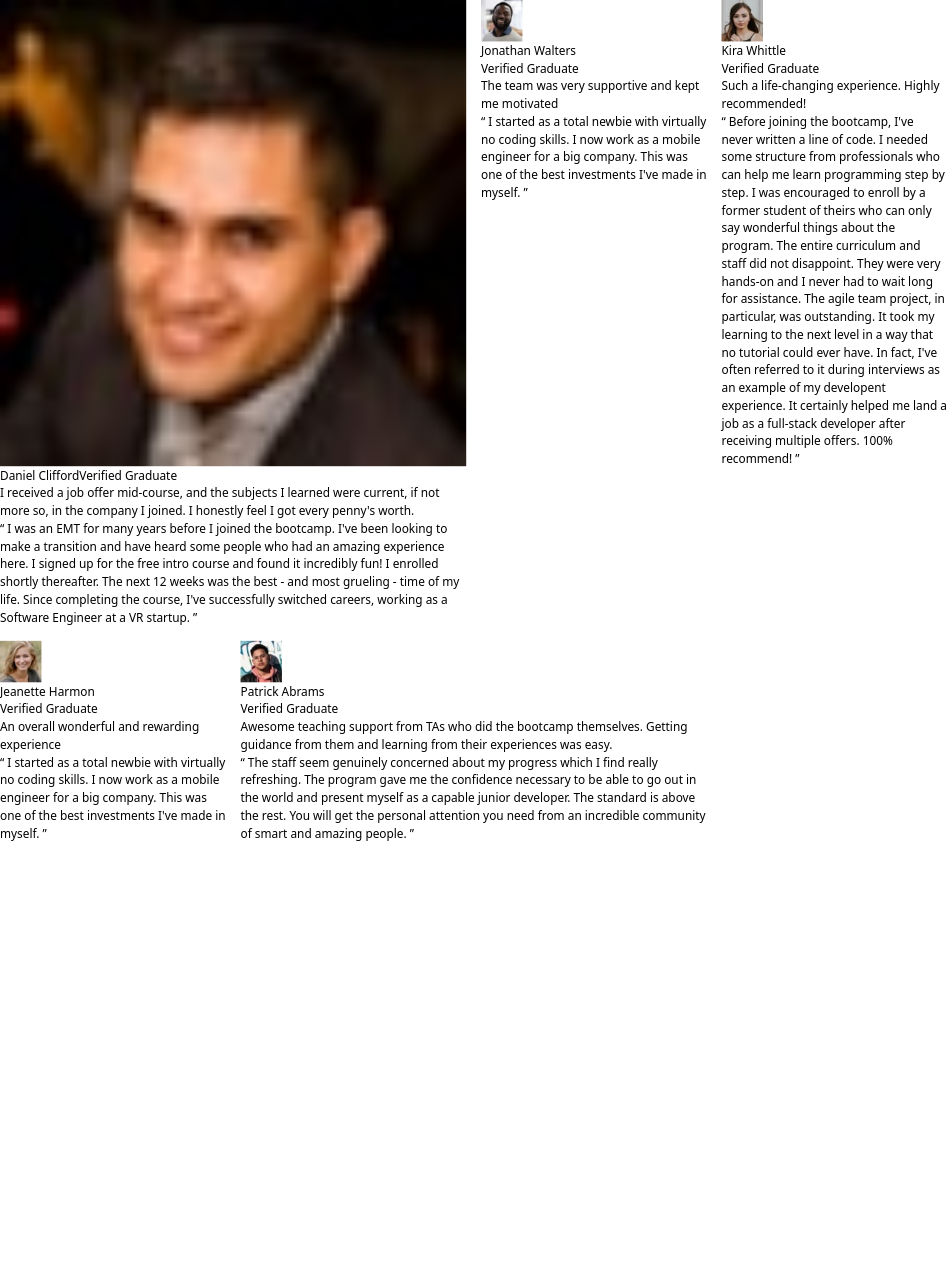
Repository: DiyBookOfLife/ps-FrontendMentor
Page: index.html
An editor plug-in stored every save of this project. The page is shown before and after the next save, followed by the edit.
The browser window is 1280 px wide. The pictures show the whole page, at 74% of full size.
Some web libraries are served in a nearby version.

Above is the page before, as saved 2026-01-02 13:22:37.

### index.html
<!DOCTYPE html>
<html lang="en">

<head>
  <meta charset="UTF-8">
  <meta name="viewport" content="width=device-width, initial-scale=1.0">
  <!-- displays site properly based on user's device -->

  <link rel="icon" type="image/png" sizes="32x32" href="./images/favicon-32x32.png">

  <title>Frontend Mentor | [Challenge Name Here]</title>

  <link rel="preconnect" href="https://fonts.googleapis.com">
  <link rel="preconnect" href="https://fonts.gstatic.com" crossorigin>
  <link href="https://fonts.googleapis.com/css2?family=Barlow+Semi+Condensed:ital,wght@0,100;0,200;0,300;0,400;0,500;0,600;0,700;0,800;0,900;1,100;1,200;1,300;1,400;1,500;1,600;1,700;1,800;1,900&display=swap" rel="stylesheet">

  <!-- <link rel="stylesheet" href="./styles.css"> -->
  <script src="https://cdn.tailwindcss.com"></script>
</head>

<body>
  <main>
    <section class="grid grid-cols-4 grid-rows-2 gap-[20px]">
      <div class="col-start-1 col-end-3">
        <div class="flex flex-col">
          <img src="./images/image-daniel.jpg" alt="picture of daniel">
          <div class="flex">
            <div>Daniel Clifford</div>
            <div>Verified Graduate</div>
          </div>
        </div>

        <p>
          I received a job offer mid-course, and the subjects I learned were current, if not more so,
          in the company I joined. I honestly feel I got every penny's worth.
        </p>

        <p>
          “ I was an EMT for many years before I joined the bootcamp. I've been looking to make a
          transition and have heard some people who had an amazing experience here. I signed up
          for the free intro course and found it incredibly fun! I enrolled shortly thereafter.
          The next 12 weeks was the best - and most grueling - time of my life. Since completing
          the course, I've successfully switched careers, working as a Software Engineer at a VR startup. ”
        </p>
      </div>

      <div class="card" id="jonathan_card">
        <div class="profile">
          <img src="./images/image-jonathan.jpg" alt="picture of jonathan">
          <div>
            <div>Jonathan Walters</div>
            <div>Verified Graduate</div>
          </div>
        </div>

        <p>
          The team was very supportive and kept me motivated
        </p>

        <p>
          “ I started as a total newbie with virtually no coding skills. I now work as a mobile engineer
          for a big company. This was one of the best investments I've made in myself. ”
        </p>
      </div>



      <div class="card" id="jeanette_card">
        <div class="profile">
          <img src="./images/image-jeanette.jpg" alt="picture of jeanette">
          <div>
            <div>Jeanette Harmon</div>
            <div>Verified Graduate</div>
          </div>
        </div>

        <p>
          An overall wonderful and rewarding experience
        </p>

        <p>
          “ I started as a total newbie with virtually no coding skills. I now work as a mobile engineer
          for a big company. This was one of the best investments I've made in myself. ”
        </p>
      </div>


      <div class="col-start-2 col-end-4">
        <div class="profile">
          <img src="./images/image-patrick.jpg" alt="picture of patrick">
          <div>
            <div>Patrick Abrams</div>
            <div>Verified Graduate</div>
          </div>
        </div>

        <p>
          Awesome teaching support from TAs who did the bootcamp themselves. Getting guidance from them and
          learning from their experiences was easy.
        </p>

        <p>
          “ The staff seem genuinely concerned about my progress which I find really refreshing. The program
          gave me the confidence necessary to be able to go out in the world and present myself as a capable
          junior developer. The standard is above the rest. You will get the personal attention you need from
          an incredible community of smart and amazing people. ”
        </p>
      </div>



      <div class="col-start-4 col-end-5 row-start-1 row-end-3">
        <div class="profile">
          <img src="./images/image-kira.jpg" alt="picture of kira">
          <div>
            <div>Kira Whittle</div>
            <div>Verified Graduate</div>
          </div>
        </div>

        <p>
          Such a life-changing experience. Highly recommended!
        </p>

        <p>
          “ Before joining the bootcamp, I've never written a line of code. I needed some structure from
          professionals who can help me learn programming step by step. I was encouraged to enroll by a former
          student of theirs who can only say wonderful things about the program. The entire curriculum and staff
          did not disappoint. They were very hands-on and I never had to wait long for assistance. The agile team
          project, in particular, was outstanding. It took my learning to the next level in a way that no tutorial
          could ever have. In fact, I've often referred to it during interviews as an example of my developent
          experience. It certainly helped me land a job as a full-stack developer after receiving multiple offers.
          100% recommend! ”
        </p>
      </div>

    </section>
  </main>
</body>

</html>

After the next save:
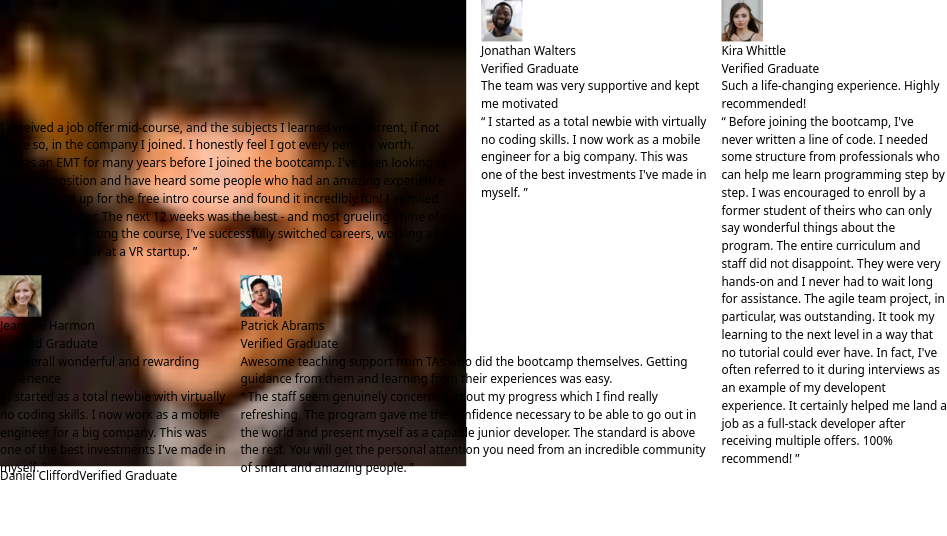
Saved 7 s later.
--- a/index.html
+++ b/index.html
@@ -22,7 +22,7 @@
   <main>
     <section class="grid grid-cols-4 grid-rows-2 gap-[20px]">
       <div class="col-start-1 col-end-3">
-        <div class="flex flex-col">
+        <div class="flex flex-col h-40">
           <img src="./images/image-daniel.jpg" alt="picture of daniel">
           <div class="flex">
             <div>Daniel Clifford</div>

After the 2 saves that followed:
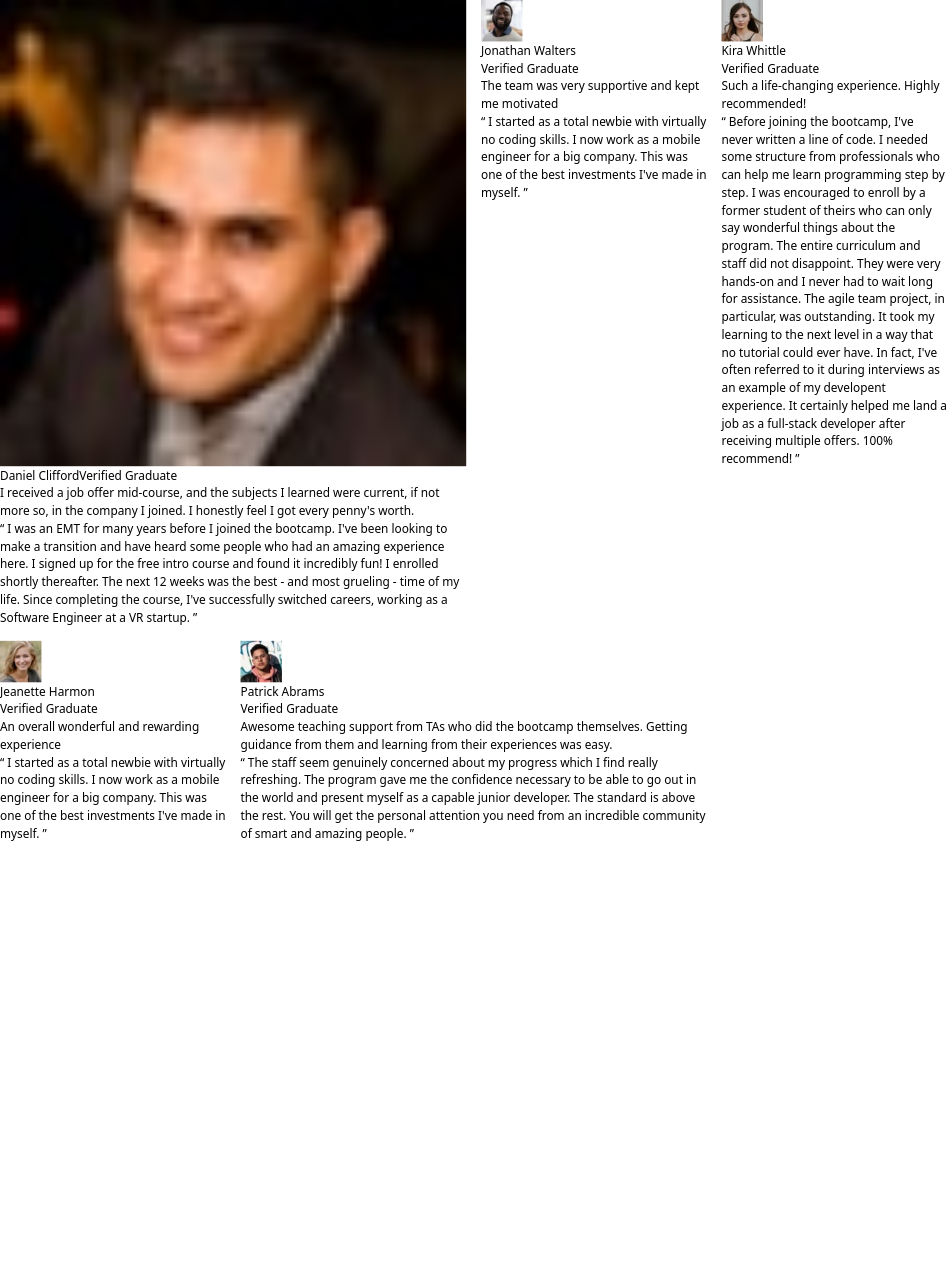
The 2 saves are shown as one change because they came seconds apart.
The last was saved 16 s later.
--- a/index.html
+++ b/index.html
@@ -22,7 +22,7 @@
   <main>
     <section class="grid grid-cols-4 grid-rows-2 gap-[20px]">
       <div class="col-start-1 col-end-3">
-        <div class="flex flex-col h-40">
+        <div class="flex flex-col h-[40]">
           <img src="./images/image-daniel.jpg" alt="picture of daniel">
           <div class="flex">
             <div>Daniel Clifford</div>
